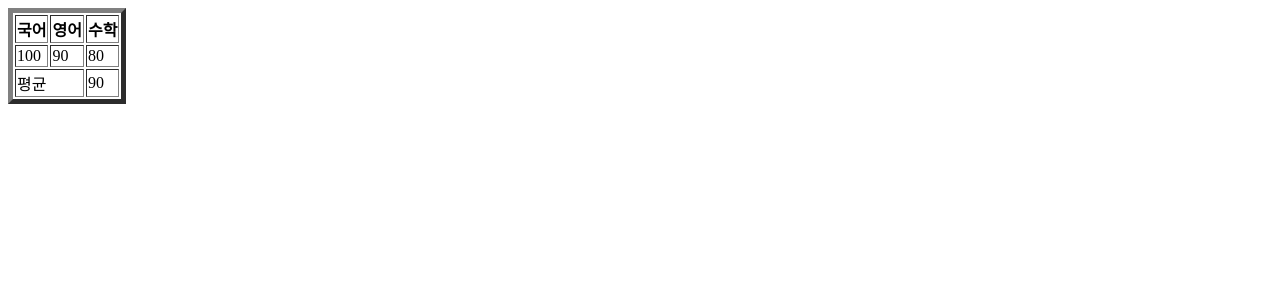
Repository: tjdwlsaos22/TJ_JSP
Page: jsp/HTML/src/main/webapp/Lec04.html
The author's editor kept a copy of each file at every save. The page is drawn from the files as they stood at one save, then again after the next save.
The browser window is 1280 px wide. The pictures show the whole page.

Above is the page before, as saved 2024-01-17 03:06:02.

After the next save:
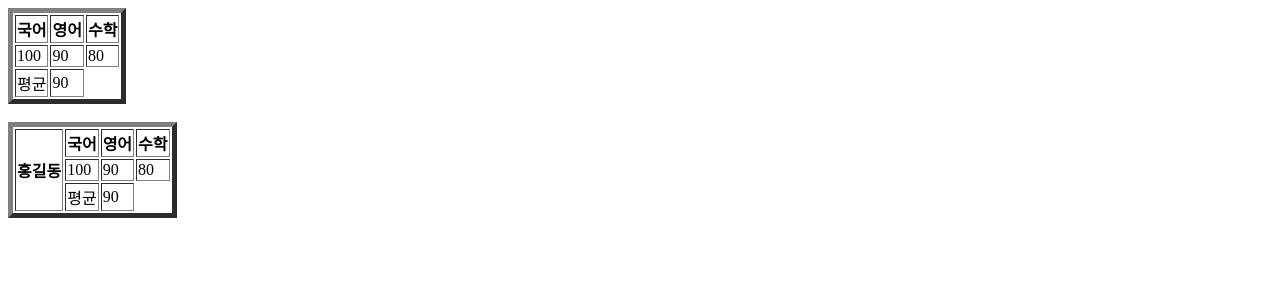
Saved 3 min 13 s later.
--- a/jsp/HTML/src/main/webapp/Lec04.html
+++ b/jsp/HTML/src/main/webapp/Lec04.html
@@ -17,7 +17,25 @@
 				<td>80</td>
 			</tr>
 			<tr>
-				<td colspan="2">평균</td>
+				<td colspan="1">평균</td>
+				<td>90</td>
+			</tr>
+		</table>
+		<br>
+		<table border="5">
+			<tr>
+				<th rowspan="3">홍길동</th>
+				<th>국어</th>
+				<th>영어</th>
+				<th>수학</th>
+			</tr>
+			<tr>
+				<td>100</td>
+				<td>90</td>
+				<td>80</td>
+			</tr>
+			<tr>
+				<td colspan="1">평균</td>
 				<td>90</td>
 			</tr>
 		</table>
